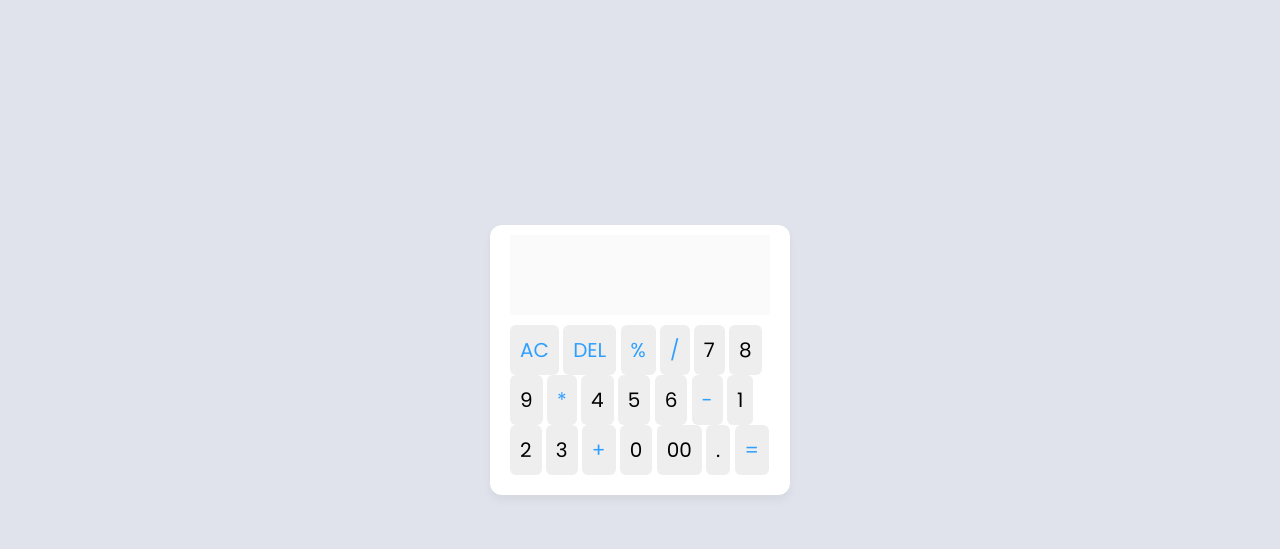
Repository: Jatuphonezyxx007/pos
Page: calculator.html
The author's editor kept a copy of each file at every save. The page is drawn from the files as they stood at one save, then again after the next save.
The browser window is 1280 px wide. The pictures show the whole page.

Above is the page before, as saved 2024-09-29 16:43:52.

### calculator.html
<!DOCTYPE html>
<!-- Coding By CodingNepal - codingnepalweb.com -->
<html lang="en">
  <head>
    <meta charset="UTF-8" />
    <meta http-equiv="X-UA-Compatible" content="IE=edge" />
    <meta name="viewport" content="width=device-width, initial-scale=1.0" />
    <title>Calculator in HTML CSS & JavaScript</title>
    <!-- <link rel="stylesheet" href="style.css" /> -->

    <link href="https://cdn.jsdelivr.net/npm/bootstrap@5.3.3/dist/css/bootstrap.min.css" rel="stylesheet" integrity="sha384-QWTKZyjpPEjISv5WaRU9OFeRpok6YctnYmDr5pNlyT2bRjXh0JMhjY6hW+ALEwIH" crossorigin="anonymous">

    <style>
        /* Import Google font - Poppins */
@import url("https://fonts.googleapis.com/css2?family=Poppins:wght@300;400;500;600;700&display=swap");
* {
  margin: 0;
  padding: 0;
  box-sizing: border-box;
  font-family: "Poppins", sans-serif;
}
body {
  height: 100vh;
  display: flex;
  align-items: center;
  justify-content: center;
  background: #e0e3eb;
}
.container {
  position: relative;
  max-width: 300px;
  width: 100%;
  border-radius: 12px;
  padding: 10px 20px 20px;
  background: #fff;
  box-shadow: 0 5px 10px rgba(0, 0, 0, 0.05);
}
.display {
  height: 80px;
  width: 100%;
  outline: none;
  border: none;
  text-align: right;
  margin-bottom: 10px;
  font-size: 25px;
  color: #000e1a;
  pointer-events: none;
}
.buttonscal {
  display: grid;
  grid-gap: 10px;
  grid-template-columns: repeat(4, 1fr);
}
.buttons button {
  padding: 10px;
  border-radius: 6px;
  border: none;
  font-size: 20px;
  cursor: pointer;
  background-color: #eee;
}
.buttons button:active {
  transform: scale(0.99);
}
.operator {
  color: #2f9fff;
}
    </style>

  </head>
  <body>
    <div class="container">
      <input type="text" class="display" disabled />

      <div class="buttons">
        <button class="operator" data-value="AC">AC</button>
        <button class="operator" data-value="DEL">DEL</button>
        <button class="operator" data-value="%">%</button>
        <button class="operator" data-value="/">/</button>

        <button data-value="7">7</button>
        <button data-value="8">8</button>
        <button data-value="9">9</button>
        <button class="operator" data-value="*">*</button>

        <button data-value="4">4</button>
        <button data-value="5">5</button>
        <button data-value="6">6</button>
        <button class="operator" data-value="-">-</button>

        <button data-value="1">1</button>
        <button data-value="2">2</button>
        <button data-value="3">3</button>
        <button class="operator" data-value="+">+</button>

        <button data-value="0">0</button>
        <button data-value="00">00</button>
        <button data-value=".">.</button>
        <button class="operator" data-value="=">=</button>
      </div>
    </div>


    <script src="https://cdn.jsdelivr.net/npm/bootstrap@5.3.3/dist/js/bootstrap.bundle.min.js" integrity="sha384-YvpcrYf0tY3lHB60NNkmXc5s9fDVZLESaAA55NDzOxhy9GkcIdslK1eN7N6jIeHz" crossorigin="anonymous"></script>


    <script>
        const display = document.querySelector(".display");
const buttons = document.querySelectorAll("button");
const specialChars = ["%", "*", "/", "-", "+", "="];
let output = "";

//Define function to calculate based on button clicked.
const calculate = (btnValue) => {
  display.focus();
  if (btnValue === "=" && output !== "") {
    //If output has '%', replace with '/100' before evaluating.
    output = eval(output.replace("%", "/100"));
  } else if (btnValue === "AC") {
    output = "";
  } else if (btnValue === "DEL") {
    //If DEL button is clicked, remove the last character from the output.
    output = output.toString().slice(0, -1);
  } else {
    //If output is empty and button is specialChars then return
    if (output === "" && specialChars.includes(btnValue)) return;
    output += btnValue;
  }
  display.value = output;
};

//Add event listener to buttons, call calculate() on click.
buttons.forEach((button) => {
  //Button click listener calls calculate() with dataset value as argument.
  button.addEventListener("click", (e) => calculate(e.target.dataset.value));
});
    </script>
  </body>
</html>

After the next save:
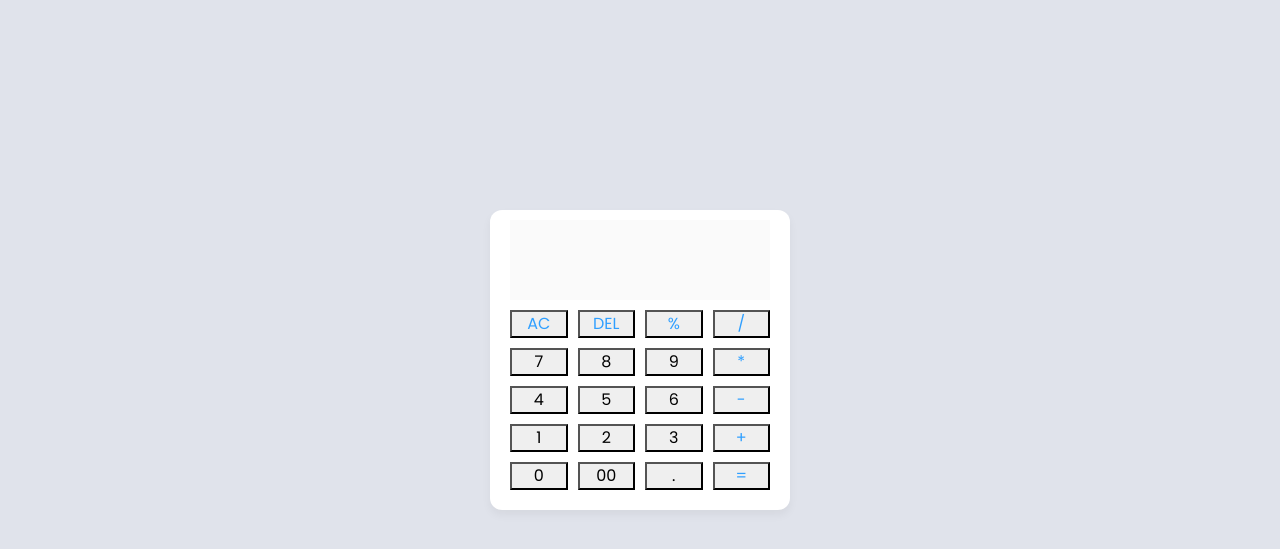
Saved 13 s later.
--- a/calculator.html
+++ b/calculator.html
@@ -72,7 +72,7 @@ body {
     <div class="container">
       <input type="text" class="display" disabled />
 
-      <div class="buttons">
+      <div class="buttonscal">
         <button class="operator" data-value="AC">AC</button>
         <button class="operator" data-value="DEL">DEL</button>
         <button class="operator" data-value="%">%</button>
